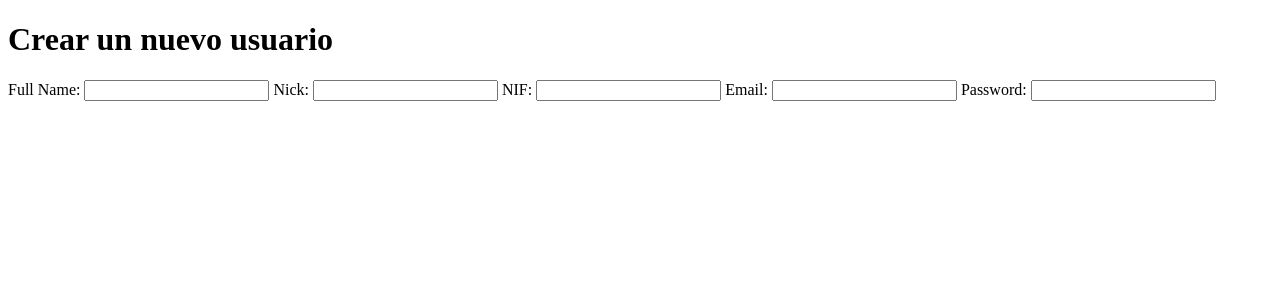
Repository: VinnySil/membresia
Page: http://localhost/users/create
The author's editor kept a copy of each file at every save. The page is drawn from the files as they stood at one save, then again after a run of saves.
The browser window is 1280 px wide. The pictures show the whole page.
The page is served by the project's Laravel application, run on PHP 8.4 with Laravel 12.

Above is the page before, as saved 2024-12-06 19:18:55.

After the next 5 saves:
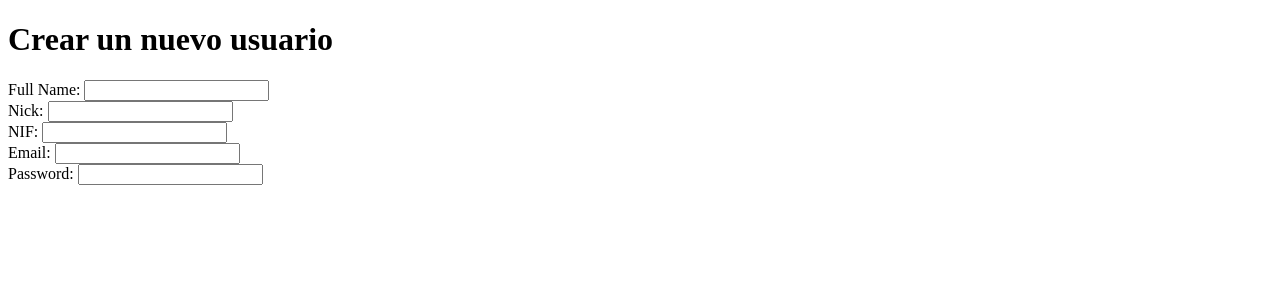
The 5 saves are shown as one change because they came seconds apart.
The last was saved 40 s later.
--- a/resources/views/users/create.blade.php
+++ b/resources/views/users/create.blade.php
@@ -11,15 +11,15 @@
 
     <form action="{{ route('users.store') }}">
         <label for="fullname">Full Name:</label>
-        <input type="text" name="fullname">
+        <input type="text" name="fullname"><br>
         <label for="nick">Nick:</label>
-        <input type="text" name="nick">
+        <input type="text" name="nick"><br>
         <label for="nif">NIF:</label>
-        <input type="text" name="nif">
+        <input type="text" name="nif"><br>
         <label for="email">Email:</label>
-        <input type="email" name="email">
+        <input type="email" name="email"><br>
         <label for="password">Password:</label>
-        <input type="password" name="password">
+        <input type="password" name="password"><br>
 
     </form>
 </body>
